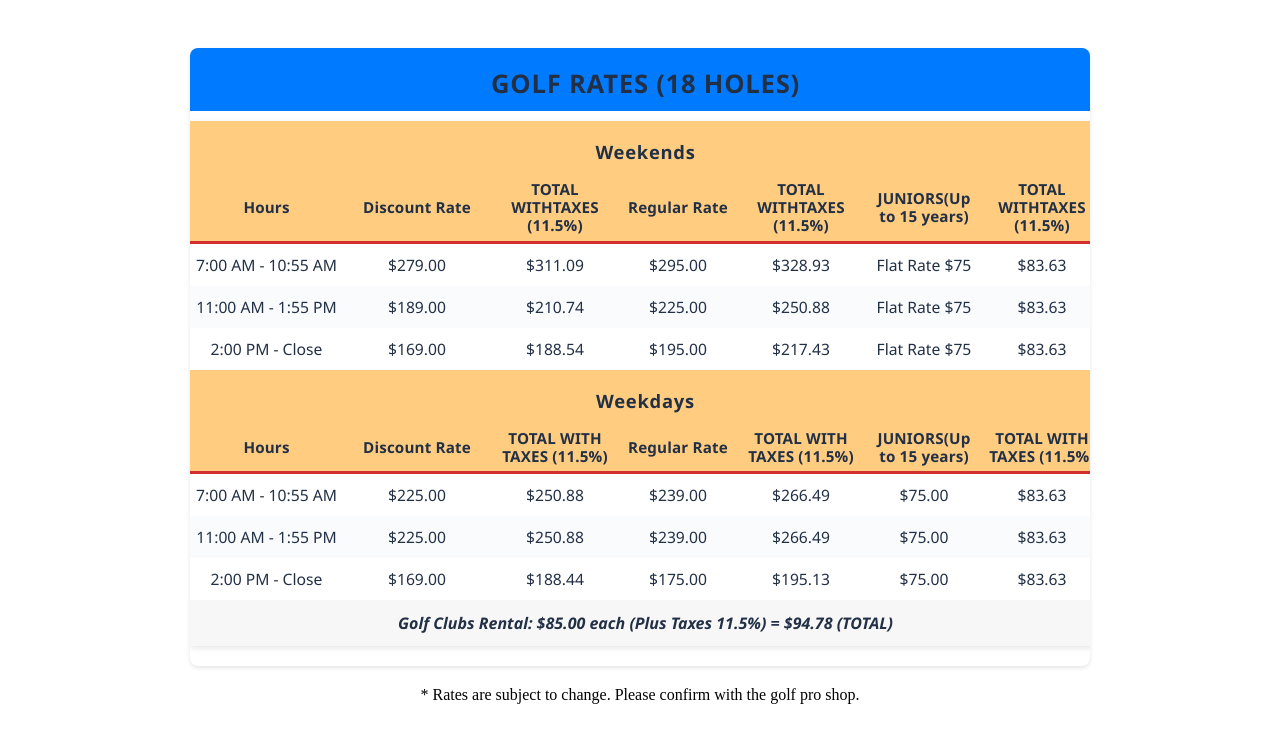
Repository: chvg1968/airphonebook
Page: src/html/pages/golfrates.html
An editor plug-in stored every save of this project. The page is shown before and after the next save, followed by the edit.
The browser window is 1280 px wide. The pictures show the whole page.

Above is the page before, as saved 2025-05-08 18:24:41.

After the next save:
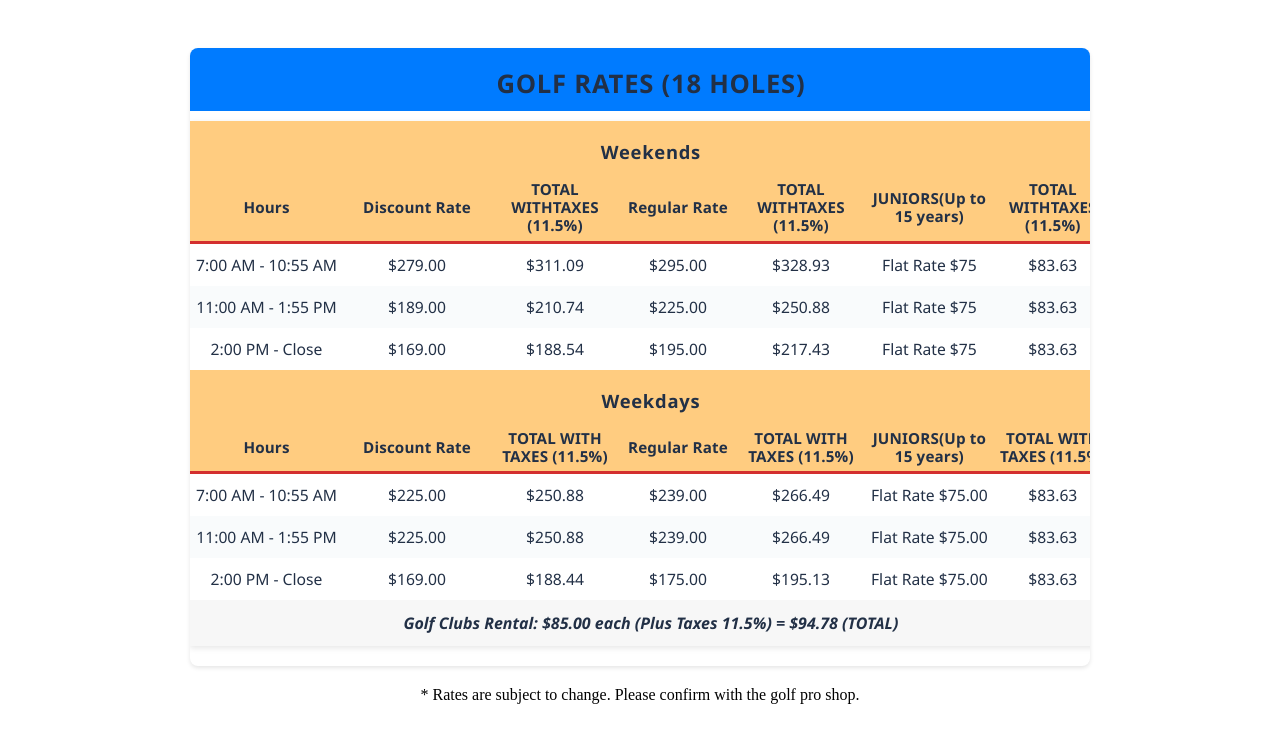
Saved 3 min 8 s later.
--- a/src/html/pages/golfrates.html
+++ b/src/html/pages/golfrates.html
@@ -180,7 +180,7 @@
                     <td>$250.88</td>
                     <td>$239.00</td>
                     <td>$266.49</td>
-                    <td>$75.00</td>
+                    <td>Flat Rate $75.00</td>
                     <td>$83.63</td>
                   </tr>
                   <tr>
@@ -189,7 +189,7 @@
                     <td>$250.88</td>
                     <td>$239.00</td>
                     <td>$266.49</td>
-                    <td>$75.00</td>
+                    <td>Flat Rate $75.00</td>
                     <td>$83.63</td>
                   </tr>
                   <tr>
@@ -198,7 +198,7 @@
                     <td>$188.44</td>
                     <td>$175.00</td>
                     <td>$195.13</td>
-                    <td>$75.00</td>
+                    <td>Flat Rate $75.00</td>
                     <td>$83.63</td>
                   </tr>
                 </tbody>
